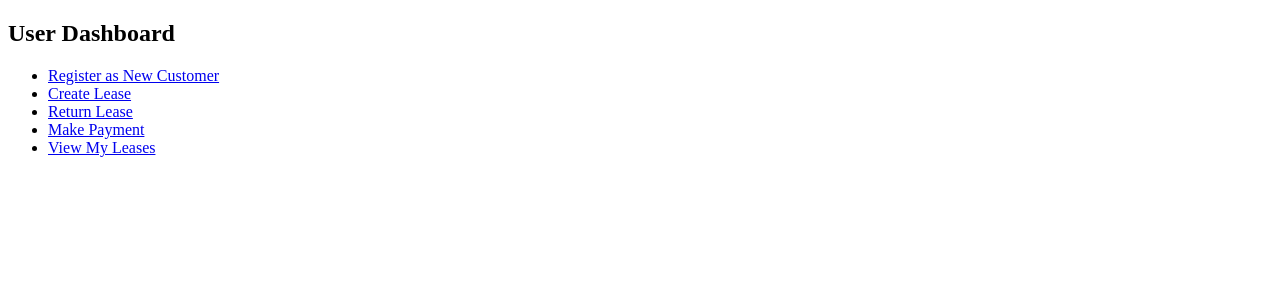
Repository: NirmalyaSatapathy/NirmalyaSatapathyProjects
Page: CarRental/CarRental/src/main/webapp/user.html
These files come from the project's save history. The page is drawn as it stood at one moment and after the next save; the edit follows.
The browser window is 1280 px wide. The pictures show the whole page.

Above is the page before, as saved 2025-05-05 06:09:49.

### CarRental/CarRental/src/main/webapp/user.html
<!DOCTYPE html>
<html>
<head>
<meta charset="UTF-8">
<title>Insert title here</title>
</head>
<body>
	 <h2>User Dashboard</h2>
    <ul>
        <li><a href="addCustomer.html">Register as New Customer</a></li>
        <li><a href="createLease.html">Create Lease</a></li>
        <li><a href="returnCar.html">Return Lease</a></li>
        <li><a href="makePayment.html">Make Payment</a></li>
        <li><a href="getLeaseCustomer.html">View My Leases</a></li>
    </ul>
</body>
</html>

After the next save:
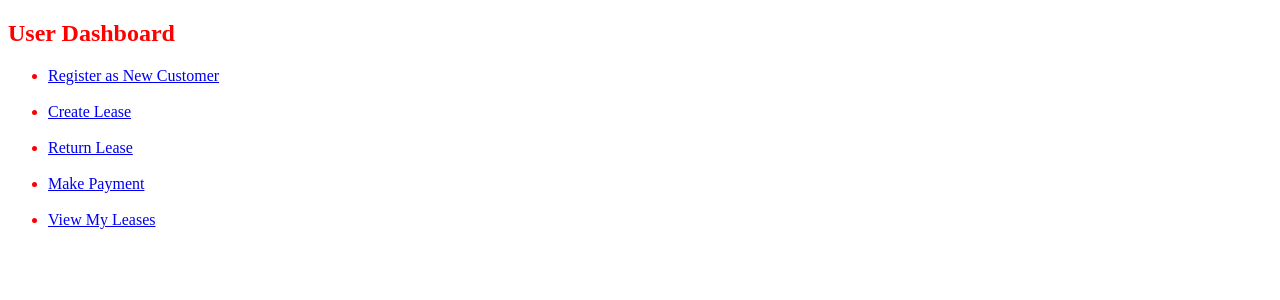
Saved 102 s later.
--- a/CarRental/CarRental/src/main/webapp/user.html
+++ b/CarRental/CarRental/src/main/webapp/user.html
@@ -4,14 +4,14 @@
 <meta charset="UTF-8">
 <title>Insert title here</title>
 </head>
-<body>
+<body style="color:red;">
 	 <h2>User Dashboard</h2>
     <ul>
-        <li><a href="addCustomer.html">Register as New Customer</a></li>
-        <li><a href="createLease.html">Create Lease</a></li>
-        <li><a href="returnCar.html">Return Lease</a></li>
-        <li><a href="makePayment.html">Make Payment</a></li>
-        <li><a href="getLeaseCustomer.html">View My Leases</a></li>
+        <li><a href="addCustomer.html">Register as New Customer</a></li><br>
+        <li><a href="createLease.html">Create Lease</a></li><br>
+        <li><a href="returnCar.html">Return Lease</a></li><br>
+        <li><a href="makePayment.html">Make Payment</a></li><br>
+        <li><a href="getLeaseCustomer.html">View My Leases</a></li><br>
     </ul>
 </body>
 </html>
